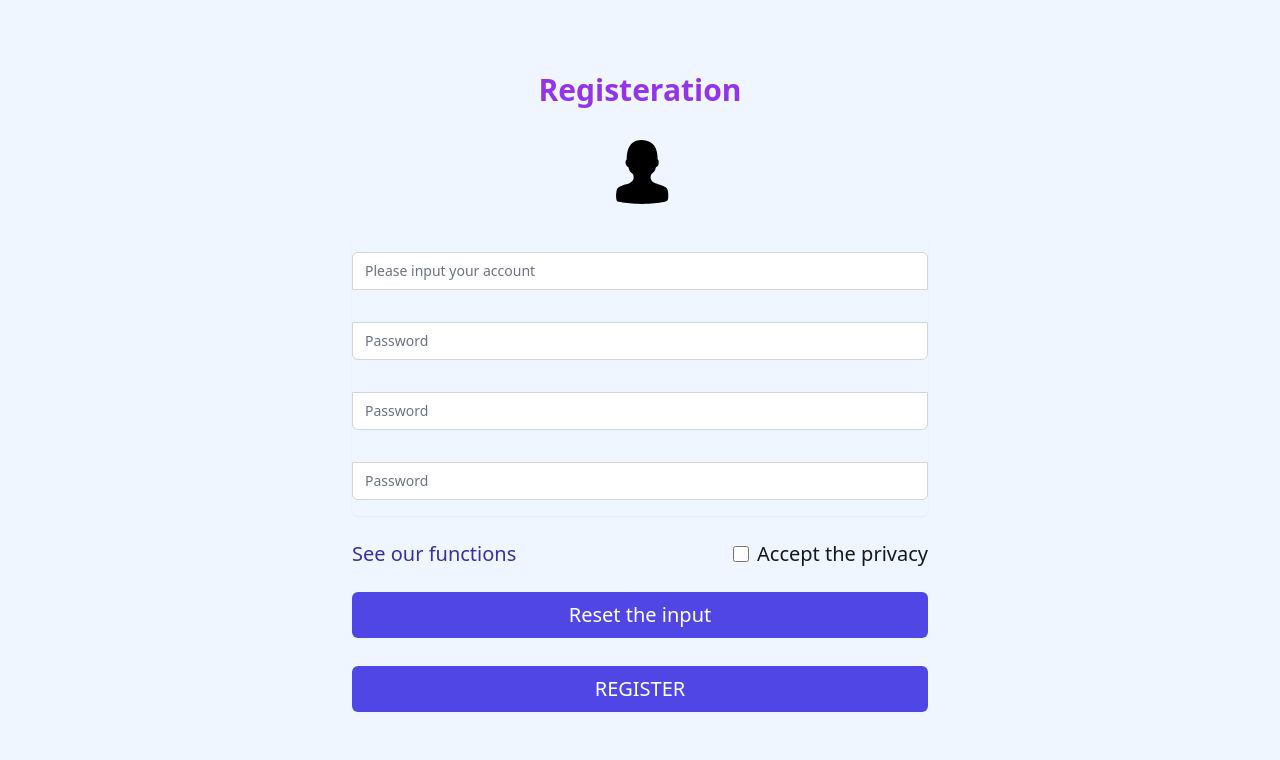
Repository: LiuRuohui/test_the_tailwindcss
Page: /
These files come from the project's save history. The page is drawn as it stood at one moment and after the next save; the edit follows.
The browser window is 1280 px wide. The pictures show the whole page.
The project was rebuilt for these pictures with package versions that can differ from the ones it lists, and the page was loaded fresh each time. Also part of the build but not shown: vite.config.js.

Above is the page before, as saved 2022-03-03 10:28:21.

After the next save:
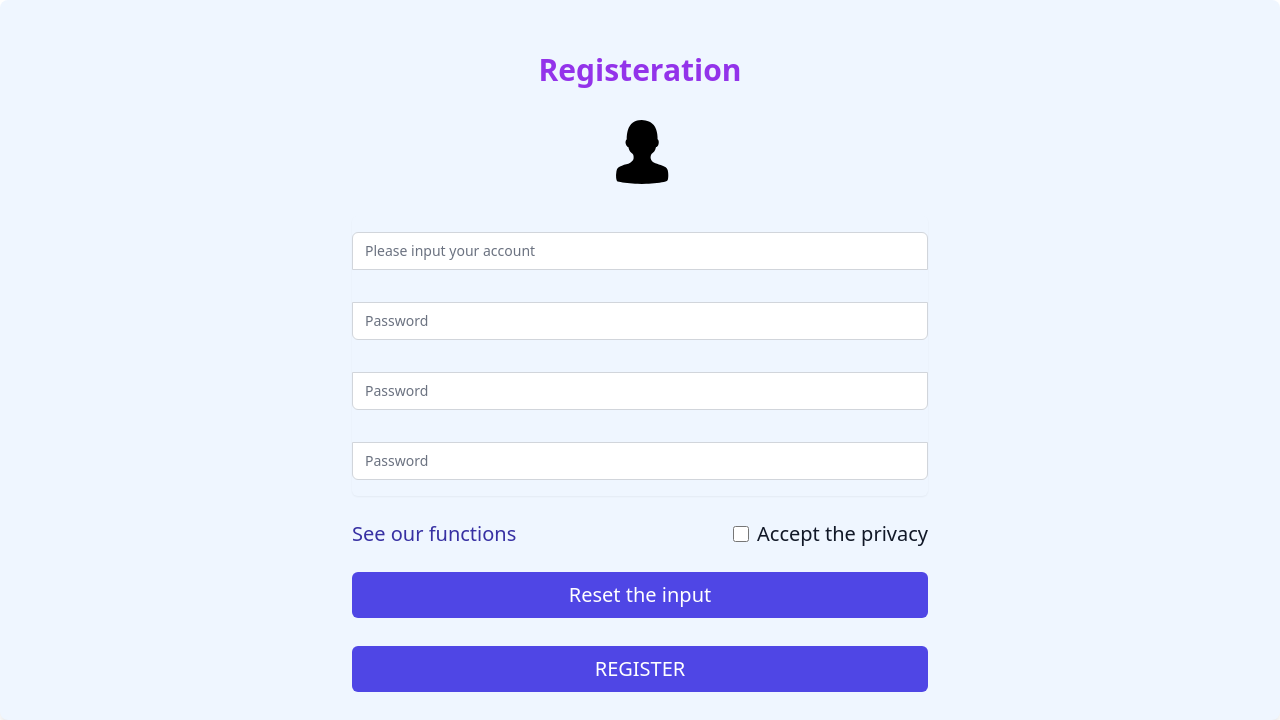
Saved 49 s later.
--- a/src/components/RegisterPage.vue
+++ b/src/components/RegisterPage.vue
@@ -1,5 +1,5 @@
 <template>
-<div class="flex items-center justify-center py-12 px-4 sm:px-6 lg:px-8c height:100vh">
+<div class=" btn flex items-center justify-center py-12 px-4 sm:px-6 lg:px-8c">
     <div class="sm:max-w-xl sm:object-center sm:object-cover w-full space-y-8">
         <div>
             <h2 class="mt-6 text-center text-3xl font-extrabold text-purple-600">Registeration</h2>
@@ -53,3 +53,9 @@
 <script>
 
 </script>
+
+<style>
+.btn {
+    height:100vh
+}
+</style>

After the save that followed:
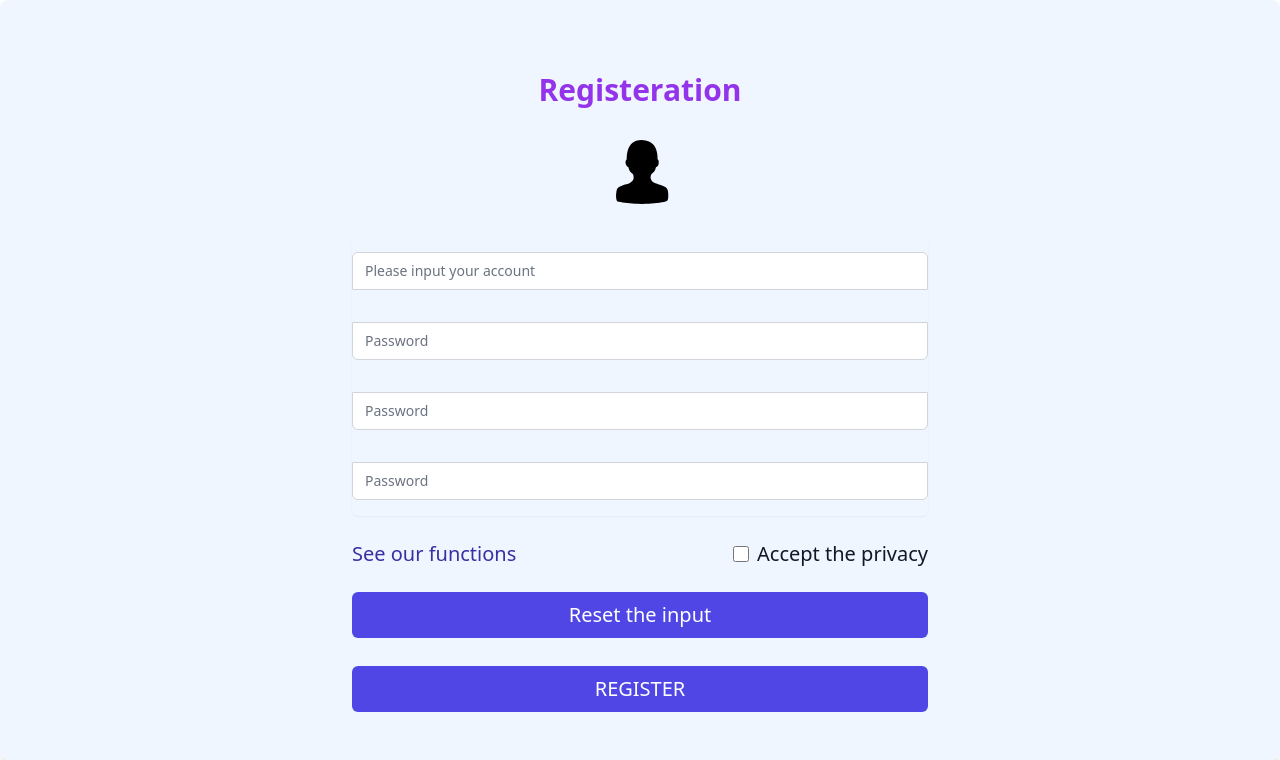
Saved 33 s later.
--- a/src/components/RegisterPage.vue
+++ b/src/components/RegisterPage.vue
@@ -57,5 +57,6 @@
 <style>
 .btn {
     height:100vh
+    background-color:skyblue
 }
 </style>
